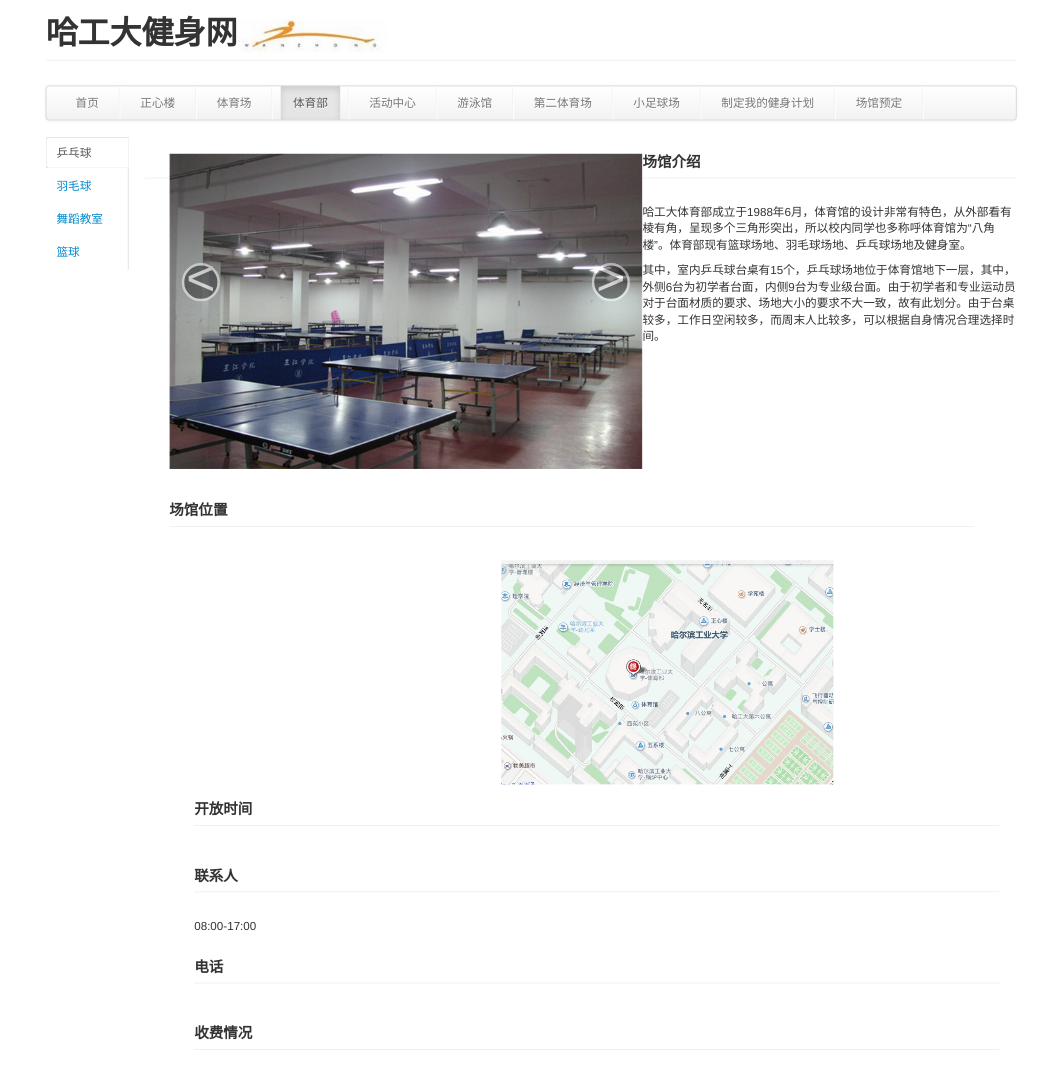
Repository: hitDeveloper/fitness
Page: http://localhost/project/tiyubu.jsp
The author's editor kept a copy of each file at every save. The page is drawn from the files as they stood at one save, then again after the next save.
The browser window is 1280 px wide. The pictures show the whole page, at 83% of full size.
The page is served by Tomcat 9. Nobody is signed in. The application's start-up code is not run. Other server files are loaded and not shown.

Above is the page before, as saved 2014-11-05 00:37:56.

### Project/project/WebRoot/tiyubu.jsp
<%@ page language="java" import="java.util.*" pageEncoding="UTF-8"%>
<!DOCTYPE html>
<html>
<head>
<title>首页</title>
	<meta name="viewport" content="width=device-width, initial-scale=1.0"  charset="utf-8">
	<link href="bootstrap.min.css" rel="stylesheet" type="text/css" media="screen">
	<link href="bootstrap-responsive.min.css" rel="stylesheet" type="text/css">
</head>
<body>
<div class="container">
<h1 class="page-header" >哈工大健身网<img src="image/logo.jpg"></h1>
<div class="navbar">
<div class="navbar-inner">
<div class="container">
<ul class="nav">
	<li ><a href="main.jsp">首页</a></li>
	<li class="divider-vertical"></li>
	<li><a href="zhengxin.jsp">正心楼</a></li>
	<li class="divider-vertical"></li>
	<li><a href="gym.jsp">体育场</a></li>
	<li class="divider-vertical"></li>
	<li class="active"><a href="tiyubu.jsp">体育部</a></li>
	<li class="divider-vertical"></li>
	<li><a href="center.jsp">活动中心</a></li>
	<li class="divider-vertical"></li>
	<li><a href="swimming.jsp">游泳馆</a></li>
	<li class="divider-vertical"></li>
	<li><a href="gym2.jsp">第二体育场</a></li>
	<li class="divider-vertical"></li>
	<li><a href="xiaozuqiuchang.jsp">小足球场</a></li>
	<li class="divider-vertical"></li>
	<li><a href="myplan.jsp">制定我的健身计划</a></li>
	<li class="divider-vertical"></li>
	<li><a href="myplan.jsp">场馆预定</a></li>
	<li class="divider-vertical"></li>
</ul>
</div>
</div>
</div>

<div class="tabbable tabs-left">
<ul class="nav nav-tabs">
	<li class="active"><a href="#pingpong" data-toggle="tab">乒乓球</a></li>
	<li><a href="#yumaoqiu" data-toggle="tab">羽毛球</a></li>
	<li><a href="#wudao" data-toggle="tab">舞蹈教室</a></li>
	<li><a href="#lanqiu" data-toggle="tab">篮球</a></li>
</ul>
<div class="tab-content">
<div class="tab-pane active" id="pingpong">
<div class="span6">
<div class="carousel slide" id="carousel1">
<div class="carousel-inner">
<div class="item active">
<img src="image/gym/tiyubu/pingpangqiu/62682d89a05b440f8c8740e02bcb4971.jpg" alt="">
</div>
<div class="item">
<img src="image/gym/tiyubu/pingpangqiu/200791011446618.jpg" alt="">
</div>
<div class="item">
<img src="image/gym/tiyubu/pingpangqiu/2013222161721926.jpg" alt="">
</div>
<div class="item">
<img src="image/gym/tiyubu/pingpangqiu/20091124062157901.jpg" alt="">
</div>
</div>
<a href="#carousel1" data-slide="prev" class="left carousel-control"><</a>
<a href="#carousel1" data-slide="next" class="right carousel-control">></a>
</div>
</div>
<div>
<h4 class="page-header">场馆介绍</h4>
<p>哈工大体育部成立于1988年6月，体育馆的设计非常有特色，从外部看有棱有角，呈现多个三角形突出，所以校内同学也多称呼体育馆为“八角楼”。体育部现有篮球场地、羽毛球场地、乒乓球场地及健身室。</p>
<p>其中，室内乒乓球台桌有15个，乒乓球场地位于体育馆地下一层，其中，外侧6台为初学者台面，内侧9台为专业级台面。由于初学者和专业运动员对于台面材质的要求、场地大小的要求不大一致，故有此划分。由于台桌较多，工作日空闲较多，而周末人比较多，可以根据自身情况合理选择时间。</p>
</div>
<div class="span10">
<h4 class="page-header">场馆位置</h4>
<div class="span4">
<p></p>
</div>
<div class="span8">
<img src="image/5.jpg" class="pull-right" width="400">
</div>
<div class="span10">
<h4 class="page-header">开放时间</h4>
<p></p>
</div>
<div class="span10">
<h4 class="page-header">联系人</h4>
<p>08:00-17:00</p>
</div>
<div class="span10">
<h4 class="page-header">电话</h4>
<p></p>
</div>
<div class="span10">
<h4 class="page-header">收费情况</h4>
<p></p>
</div>
</div>
</div>
<div class="tab-pane" id="yumaoqiu">
<div class="span6">
<div class="carousel slide" id="carousel2">
<div class="carousel-inner">
<div class="item active">
<img src="image/gym/tiyubu/yumaoqiu/20071210212833216.jpg" alt="">
</div>
<div class="item">
<img src="image/gym/tiyubu/yumaoqiu/20071210212910247.jpg" alt="">
</div>
<div class="item">
<img src="image/gym/tiyubu/yumaoqiu/20080107174055532.jpg" alt="">
</div>
<div class="item">
<img src="image/gym/tiyubu/yumaoqiu/20091211092518942.jpg" alt="">
</div>
<div class="item">
<img src="" alt="">
</div>
</div>
<a href="#carousel2" data-slide="prev" class="left carousel-control"><</a>
<a href="#carousel2" data-slide="next" class="right carousel-control">></a>
</div>
</div>
<div>
<h4 class="page-header">场馆介绍</h4>
<p></p>
</div>
<div class="span10">
<h4 class="page-header">场馆位置</h4>
<div class="span4">
<p></p>
</div>
<div class="span10">
<img src="image/5.jpg" class="pull-right" width="400">
</div>
<div class="span10">
<h4 class="page-header">开放时间</h4>
<p></p>
</div>
<div class="span10">
<h4 class="page-header">联系人</h4>
<p></p>
</div>
<div class="span10">
<h4 class="page-header">电话</h4>
<p></p>
</div>
<div class="span10">
<h4 class="page-header">收费情况</h4>
<p></p>
</div>
</div>
</div>
<div class="tab-pane" id="wudao">
<div class="span6">
<div class="carousel slide" id="carousel3">
<div class="carousel-inner">
<div class="item active">
<img src="image/gym/zhengxinlou/wudaojiaoshi/cg(13).jpg" alt="">
</div>
<div class="item">
<img src="image/gym/tiyubu/wudaojiaoshi/6780a3d0hbce29a89a6fa&690.jpg" alt="">
</div>
<div class="item">
<img src="image/gym/tiyubu/wudaojiaoshi/1-140415104310294.jpg" alt="">
</div>
</div>
<a href="#carousel3" data-slide="prev" class="left carousel-control"><</a>
<a href="#carousel3" data-slide="next" class="right carousel-control">></a>
</div>
</div>
<div>
<h4 class="page-header">场馆介绍</h4>
<p></p>
</div>
<div class="span10">
<h4 class="page-header">场馆位置</h4>
<div class="span4">
<p></p>
</div>
<div class="span10">
<img src="image/5.jpg" class="pull-right" width="400">
</div>
<div class="span10">
<h4 class="page-header">开放时间</h4>
<p></p>
</div>
<div class="span10">
<h4 class="page-header">联系人</h4>
<p></p>
</div>
<div class="span10">
<h4 class="page-header">电话</h4>
<p></p>
</div>
<div class="span10">
<h4 class="page-header">收费情况</h4>
<p></p>
</div>
</div>
</div>

<div class="tab-pane" id="lanqiu">
<div class="span6">
<div class="carousel slide" id="carousel4">
<div class="carousel-inner">
<div class="item active">
<img src="image/gym/tiyubu/lanqiu/201052614465.jpg" alt="">
</div>
<div class="item">
<img src="image/gym/tiyubu/lanqiu/2010526144528.jpg" alt="">
</div>
<div class="item">
<img src="image/gym/tiyubu/lanqiu/2007326201241374.jpg" alt="">
</div>
<div class="item">
<img src="image/gym/tiyubu/lanqiu/20091020174726713.jpg" alt="">
</div>
</div>
<a href="#carousel4" data-slide="prev" class="left carousel-control"><</a>
<a href="#carousel4" data-slide="next" class="right carousel-control">></a>
</div>
</div>
<div>
<h4 class="page-header">场馆介绍</h4>
<p></p>
</div>
<div class="span10">
<h4 class="page-header">场馆位置</h4>
<div class="span4">
<p></p>
</div>
<div class="span10">
<img src="image/5.jpg" class="pull-right" width="400">
</div>
<div class="span10">
<h4 class="page-header">开放时间</h4>
<p></p>
</div>
<div class="span10">
<h4 class="page-header">联系人</h4>
<p></p>
</div>
<div class="span10">
<h4 class="page-header">电话</h4>
<p></p>
</div>
<div class="span10">
<h4 class="page-header">收费情况</h4>
<p></p>
</div>
</div>
</div>
</div>


</div>
</div>
		<script src="jquery-1.11.1.min.js"></script>
		<script src="bootstrap.min.js"></script>
</body>
</html>

Loaded but not shown: Project/project/WebRoot/bootstrap.min.css (library); Project/project/WebRoot/bootstrap-responsive.min.css (library); Project/project/WebRoot/jquery-1.11.1.min.js (library); Project/project/WebRoot/bootstrap.min.js (library)

After the next save:
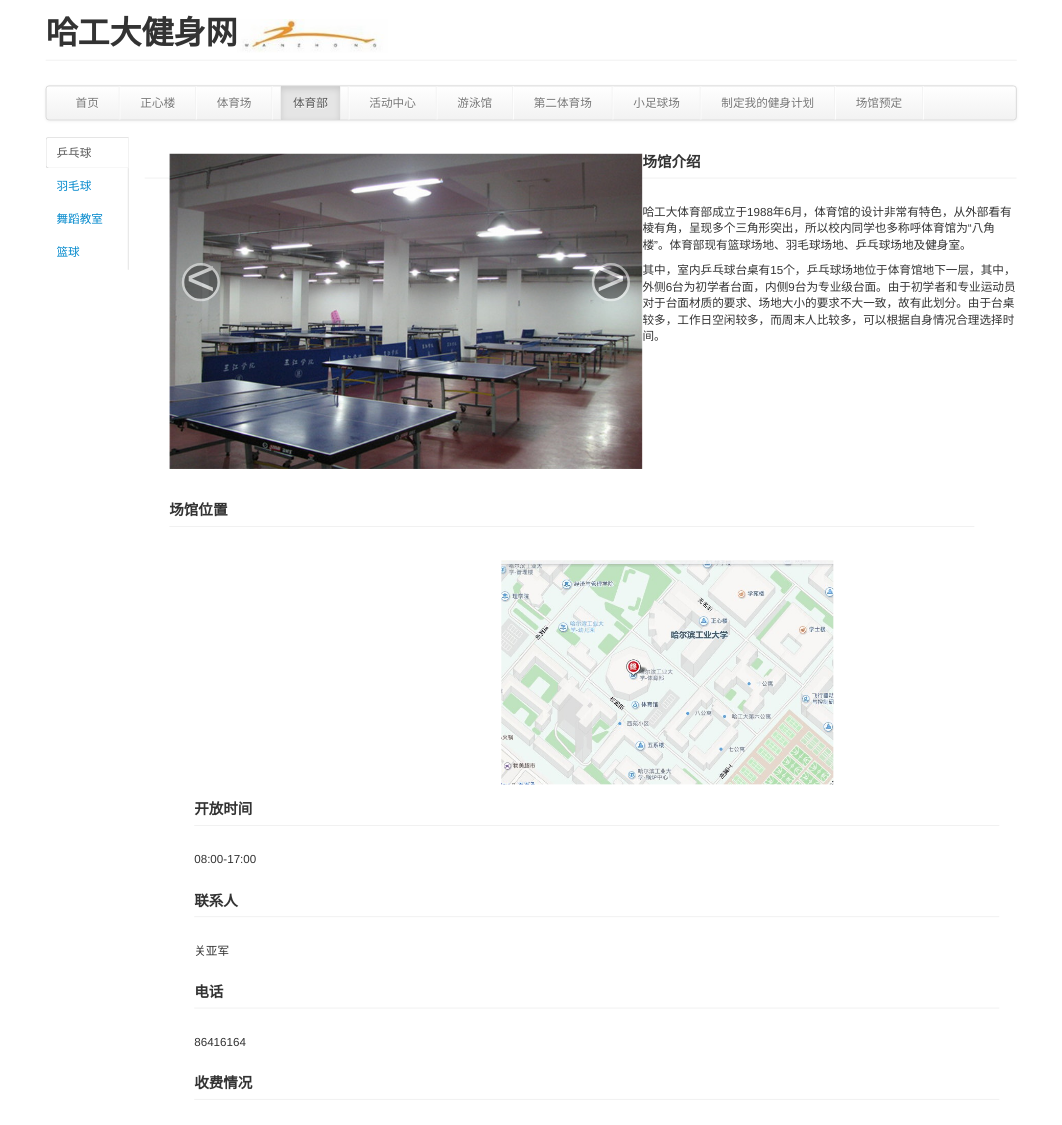
Saved 45 s later.
--- a/Project/project/WebRoot/tiyubu.jsp
+++ b/Project/project/WebRoot/tiyubu.jsp
@@ -83,15 +83,15 @@
 </div>
 <div class="span10">
 <h4 class="page-header">开放时间</h4>
-<p></p>
-</div>
-<div class="span10">
-<h4 class="page-header">联系人</h4>
 <p>08:00-17:00</p>
 </div>
 <div class="span10">
-<h4 class="page-header">电话</h4>
-<p></p>
+<h4 class="page-header">联系人</h4>
+<p>关亚军</p>
+</div>
+<div class="span10">
+<h4 class="page-header">电话</h4>
+<p>86416164</p>
 </div>
 <div class="span10">
 <h4 class="page-header">收费情况</h4>
